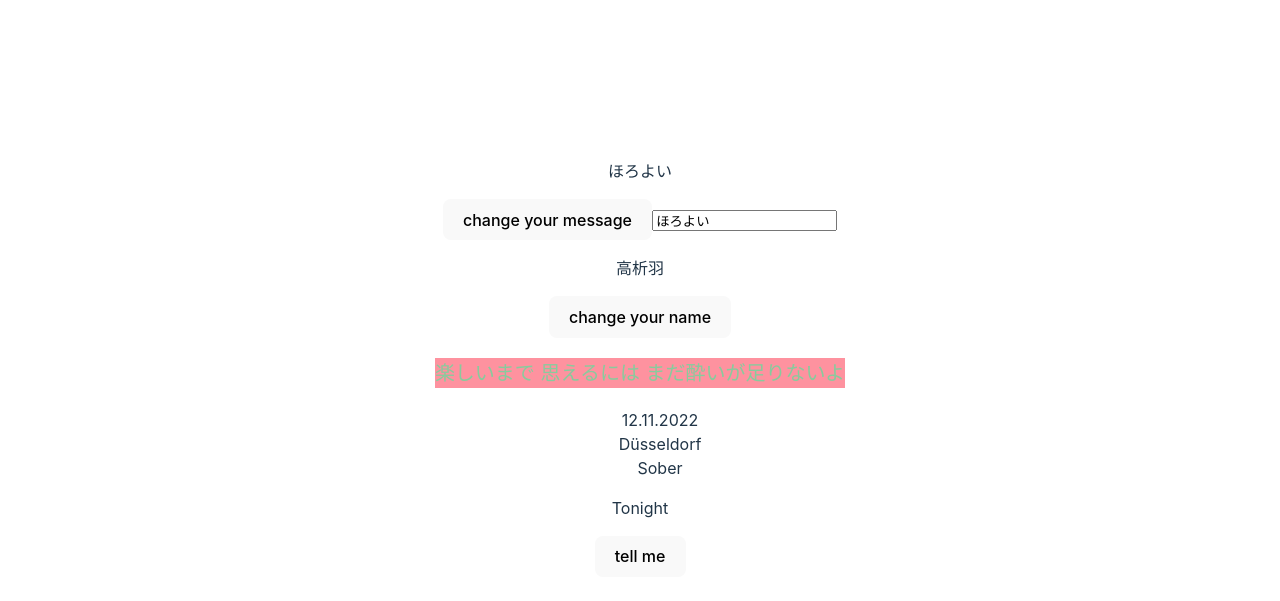
Repository: HyunraDate/NodaEmi
Page: /
An editor plug-in stored every save of this project. The page is shown before and after the next save, followed by the edit.
The browser window is 1280 px wide. The pictures show the whole page.
The project was rebuilt for these pictures with package versions that can differ from the ones it lists, and the page was loaded fresh each time. Also part of the build but not shown: vite.config.js, src/components/HelloWorld.vue.

Above is the page before, as saved 2023-08-22 14:06:40.

### index.html
<!DOCTYPE html>
<html lang="en">
  <head>
    <meta charset="UTF-8" />
    <link rel="icon" type="image/svg+xml" href="/vite.svg" />
    <meta name="viewport" content="width=device-width, initial-scale=1.0" />
    <title>芭露蓓蕾姬斯之夜</title>
  </head>
  <body>
    <div id="app"></div>
    <script type="module" src="./src/main.js"></script>
  </body>
</html>

### src/main.js
import { createApp } from 'vue'
import './style.css'
import App from './watch and dance.vue'

createApp(App).mount('#app')

### src/watch and dance.vue
<script>
import HelloWorld from './components/HelloWorld.vue'
//声明式渲染 提高开发效率
export default {
  data(){
    return{
      message: "ほろよい",
      user:{
        name:"高析羽"
      },
      activeColor: '#89CFF0',
      fontSize: '20px',
      bgcColor: '#febdf8',
      styleObj: {
        color: '#88CB9D',// 423 //'#89CFF0',
        fontSize:'20px',
        "background-color":'#FE929F'// Millennial Pink //'#febdf8'
      },  //if 前缀太多styleObj放里度， 后面直接用styleObj就得啦
      Dating:{date:"12.11.2022", plate:"Düsseldorf", word:"Sober"},
      now:"Tonight",

      num:1,
    };
  },

  methods: {
    feeling:function(){
      this.Dating.unshift('天亮之前一直和我跳舞吧！')
    },
    //因为unshift只能改变数组，Dating唔系数组！所以Error,所以直接 <li v-for="(i, index1) in num" :key='index1'>天亮之前一直和我跳舞吧！</li>

    /*feeling(){
      this.num++
    }
    */
  },

  watch:{ //监听数据变化
    //每当message变化是就会调用这个函数
    message:function(newValue, oldValue){
      console.log(newValue);
      console.log(oldValue);
      //with that实行异步操作or复杂逻辑代码
    },

    /*user:function(newValue){
      console.log(newValue);
    }
    */

    //when we need 深度监听deep, deep is 布尔类型Boolean 表示是否需要深度监听
    user:{
      handler:function(newValue){
        console.log(newValue);
      },
      deep: true, //i wanna deep watch,监听器会一层层向下监听，给对象每个属性都加上监听器
    }

  }
};
</script>

<template>
<!--组件实例的所有property，无论如何定义，都可以在组件的模板中访问-->
  <div>
    <p>{{ message }}</p>
    <button @click="message='hey yeah!'">change your message</button>
    <!--v-model数据的双向绑定-->
    <!--d.h 我在v-model的输入框改变message的话，上面data的message也会改变-->
    <input type="text" v-model="message">
    <p>{{ user.name }}</p>
    <button @click="user.name='Puppy'">change your name</button>
    <!--but监听不到对象属性的变化，so we need深度监听-->

    <!--Style样式的多种操作Ways-->
    <p :style="styleObj">楽しいまで 思えるには まだ酔いが足りないよ</p>
    <!--This is 驼峰语法
    :style 支持绑定 JavaScript 对象值，对应的是 HTML 元素的 style 属性：
    CSS property 名可以驼峰式（camelCase）或者短横线分隔（kebab-case），记得用引号括起来命名；
    <p :style="{key(css属性名):value(属性值，来着Data中的属性)}"></p>-->
    <!--ps点解background-color要''，因为有-连词符号，用'background-color'as a string-->
    <!--if前缀太多，将Style的元素放在上面Data度-->

    <!--v-for 使用对象, item表示键值，key表示键名
    你也可以使用 v-for 来遍历一个对象的所有属性。遍历的顺序会基于对该对象调用 Object.keys() 的返回值来决定。-->
    <ul style="list-style-type: none">
      <li v-for="item in Dating" :key="item">{{ item }}</li>
      <!--<li v-for="(item,key) in Dating" :key="key">{{ item }}->{{ key }}</li>-->

      <!--换一种方法，因为不想先把话说出来
        <li v-for="(i, index1) in num" :key='index1'>天亮之前一直和我跳舞吧！</li>
        -->
    </ul>

    <p>{{ now }}</p>
    <button @click="now='天亮之前一直和我跳舞吧！'">tell me</button>

  </div>

</template>

<style scoped>
.logo {
  height: 6em;
  padding: 1.5em;
  will-change: filter;
  transition: filter 300ms;
}
#Tonight{
  color:rgb(95, 116, 126);
}
#Tonight2{
  color:rgb(160, 43, 68);
}
.Tonight{
  font-size:50px;
}
.logo:hover {
  filter: drop-shadow(0 0 2em fuchsia);
}
.logo.vue:hover {
  filter: drop-shadow(0 0 2em #89CFF0);
}

</style>

Loaded but not shown: src/style.css (common file)

After the next save:
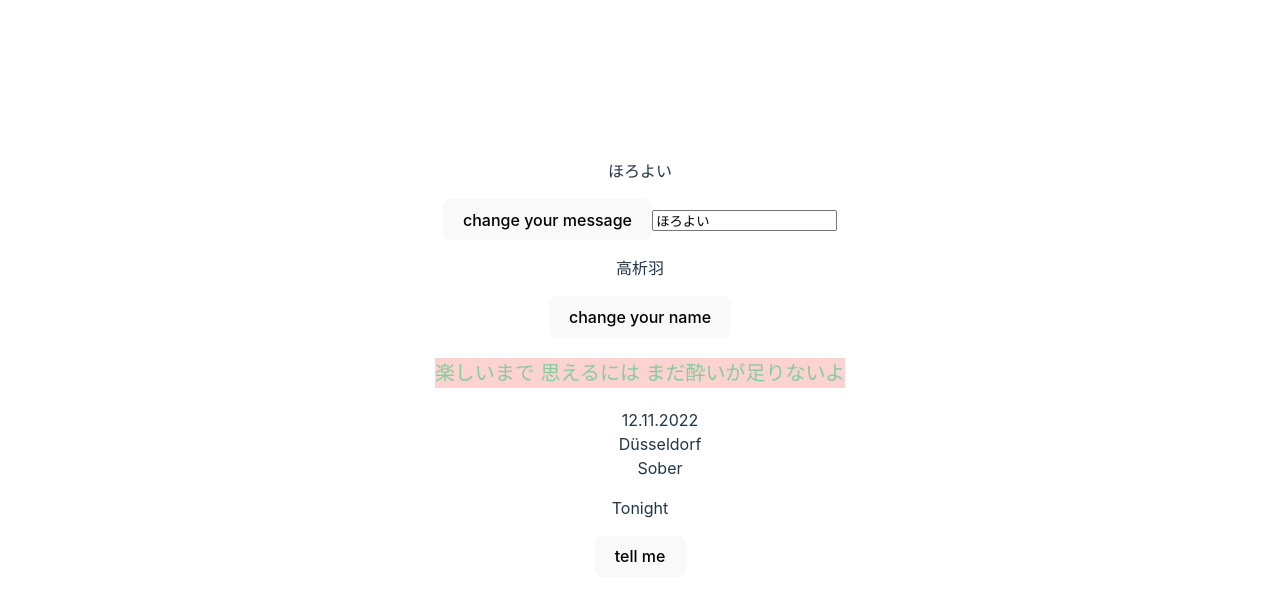
Saved 56 s later.
--- a/src/watch and dance.vue
+++ b/src/watch and dance.vue
@@ -14,7 +14,7 @@
       styleObj: {
         color: '#88CB9D',// 423 //'#89CFF0',
         fontSize:'20px',
-        "background-color":'#FE929F'// Millennial Pink //'#febdf8'
+        "background-color": '#FCD3D1' //'#FE929F'Millennial Pink //'#febdf8'
       },  //if 前缀太多styleObj放里度， 后面直接用styleObj就得啦
       Dating:{date:"12.11.2022", plate:"Düsseldorf", word:"Sober"},
       now:"Tonight",
